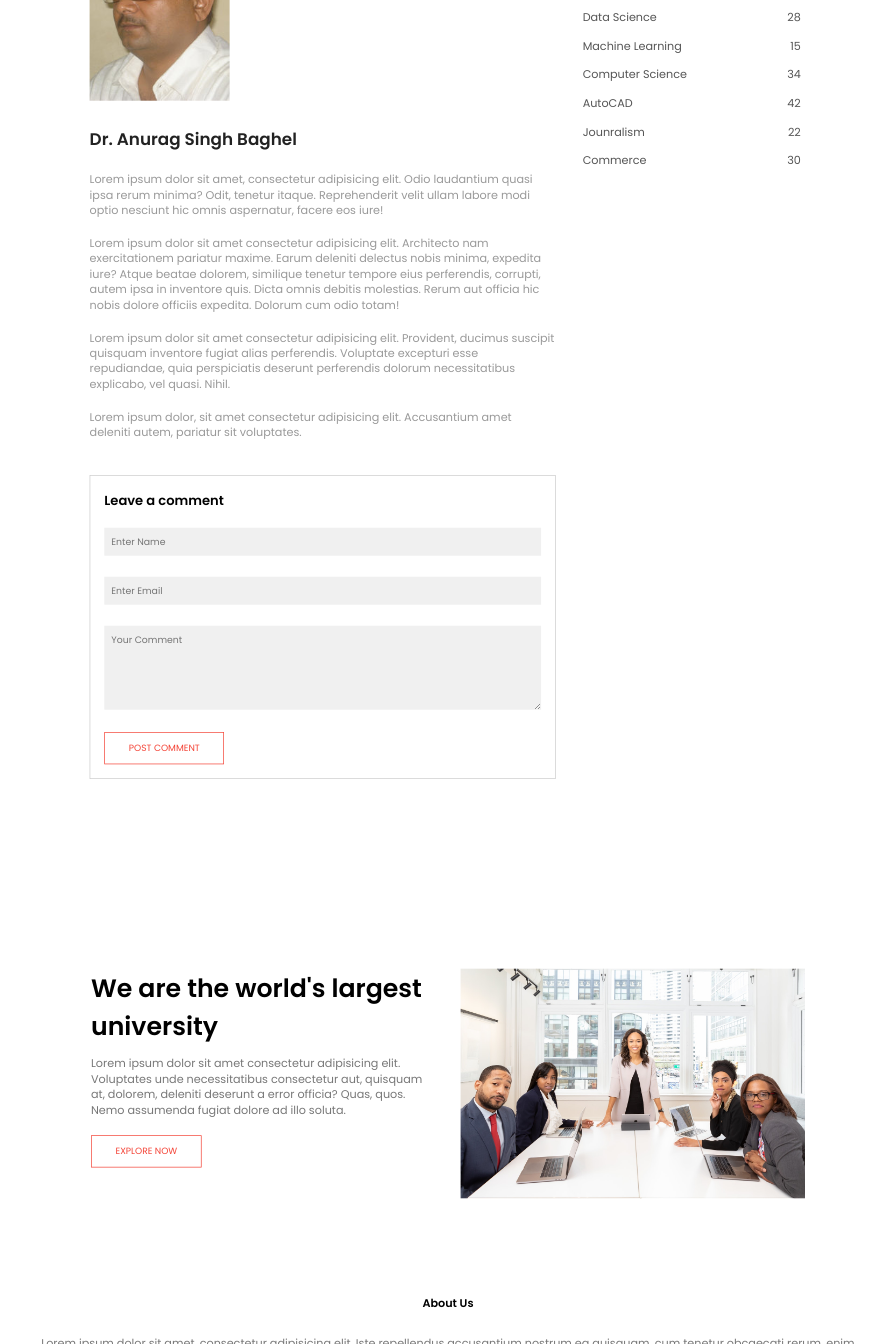
Repository: xoshiraghavx/Gbu-faculty
Page: 6th trail.html
An editor plug-in stored every save of this project. The page is shown before and after the next save, followed by the edit.
The browser window is 1280 px wide. The pictures show the part of the page from y = 577 to 2497 px (the page is 2664 px tall before and 2686 px after), at 70% of full size.

Above is the page before, as saved 2023-08-12 02:01:47.

### 6th trail.html
<!DOCTYPE html>
<html lang="en">
<head>
    <meta charset="UTF-8">
    <meta http-equiv="X-UA-Compatible" content="IE=edge">
    <meta name="viewport" content="width=device-width, initial-scale=1.0">
    <title>kya hoga mera</title>
    <link rel="stylesheet" href="../css/6th trial.css">
    <link rel="preconnect" href="https://fonts.googleapis.com">
<link rel="preconnect" href="https://fonts.gstatic.com" crossorigin>
<link href="https://fonts.googleapis.com/css2?family=Poppins:wght@100;200;300;400;600;700&family=Righteous&display=swap" rel="stylesheet">
<link rel="stylesheet" href="https://stackpath.bootstrapcdn.com/font-awesome/4.7.0/css/font-awesome.min.css">
</head>
<body>
    <section class="sub-header">
        <nav>
            <a href="6th trail.html"><img src="../img/download.jpg" alt=""></a>
            <div class="nav-links" id="navLinks">
                <i class="fa fa-times" onclick="hideMenu()"></i>
                <ul>
                    <li><a href="6th trail.html">HOME</a></li>
                </ul>
            </div>
            <i class="fa fa-bars" onclick="showMenu()"></i>
        </nav>
        <h1>Our College Faculty</h1>
    </section>

    <!-- --------Blong content---------- -->
    <section class="blog-content">
        <div class="row">
            <div class="blog-left">
                <img src="../img/asb.jpg" alt="">
                <h2>Dr. Anurag Singh Baghel</h2>
                <p>Lorem ipsum dolor sit amet, consectetur adipisicing elit. Odio laudantium quasi ipsa rerum minima? Odit, tenetur itaque. Reprehenderit velit ullam labore modi optio nesciunt hic omnis aspernatur, facere eos iure!</p>
                <br>
                <p>Lorem ipsum dolor sit amet consectetur adipisicing elit. Architecto nam exercitationem pariatur maxime. Earum deleniti delectus nobis minima, expedita iure? Atque beatae dolorem, similique tenetur tempore eius perferendis, corrupti, autem ipsa in inventore quis. Dicta omnis debitis molestias. Rerum aut officia hic nobis dolore officiis expedita. Dolorum cum odio totam!</p>
                <br>
                <p>Lorem ipsum dolor sit amet consectetur adipisicing elit. Provident, ducimus suscipit quisquam inventore fugiat alias perferendis. Voluptate excepturi esse repudiandae, quia perspiciatis deserunt perferendis dolorum necessitatibus explicabo, vel quasi. Nihil.</p>
                <br>
                <p>Lorem ipsum dolor, sit amet consectetur adipisicing elit. Accusantium amet deleniti autem, pariatur sit voluptates.</p>
                <div class="comment-box">
                    <h3>Leave a comment</h3>
                    <form class="comment-form">
                        <input type="text" placeholder="Enter Name">
                        <input type="email" placeholder="Enter Email">
                        <textarea rows="5" placeholder="Your Comment"></textarea>
                        <button type="submit" class="hero-btn red-btn">POST COMMENT</button>
                    </form>
                </div>
            </div>
            <div class="blog-right">
                <h3>Post Categories</h3>
                <div>
                    <span>Business Analytics</span>
                    <span>21</span>
                </div>
                <div>
                  <span>Data Science</span>
                  <span>28</span>
                </div>
                <div>
                  <span>Machine Learning</span>
                  <span>15</span>
                </div>
                <div>
                  <span>Computer Science</span>
                  <span>34</span>
                </div>
                <div>
                  <span> AutoCAD</span>
                  <span>42</span>
                </div>
                <div>
                  <span> Jounralism</span>
                  <span>22</span>
                </div>
                <div>
                  <span>Commerce</span>
                  <span>30</span>
                </div>
             </div>
        </div>
    </section>

    <!-- -------about us content---------->
    <section class="about-us">
        <div class="row">
            <div class="about-col">
                <h1>We are the world's largest university</h1>
                <p>Lorem ipsum dolor sit amet consectetur adipisicing elit. Voluptates unde necessitatibus consectetur aut, quisquam at, dolorem, deleniti deserunt a error officia? Quas, quos. Nemo assumenda fugiat dolore ad illo soluta.</p>
                <a href="" class="hero-btn red-btn">EXPLORE NOW</a>
            </div>
            <div class="about-col">
                <img src="../img/aboutuniversity.jpg" alt="">
            </div>
        </div>



    </section>

<!-- --------footer--------- -->
<section class="footer">
    <h4>About Us</h4>
    <p>Lorem ipsum dolor sit amet, consectetur adipisicing elit. Iste repellendus accusantium nostrum ea quisquam, cum tenetur obcaecati rerum, enim <br> neque minima soluta. Sunt explicabo praesentium aperiam voluptas inventore, in laborum.</p>
    <div class="icons">
        <i class="fa fa-facebook" aria-hidden="true"></i>
        <i class="fa fa-twitter" aria-hidden="true"></i>
        <i class="fa fa-instagram" aria-hidden="true"></i>
        <i class="fa fa-youtube" aria-hidden="true"></i>
    </div>
    <p>Made with <i class="fa fa-heart" aria-hidden="true"></i> by oshi Raghav</p>






</section>





<!-- ---------------javascript for toggle menu ----------------->
    <script>
        var navLinks = document.getElementById("navLinks");
        function showMenu(){
            navLinks.style.right = "0";
        }

        function hideMenu(){
            navLinks.style.right = "-200px";
        }

    </script>
</body>
</html>

### css/6th trial.css
*{
    margin: 0;
    padding: 0;
    font-family: 'poppins', sans-serif;
}
.header{
    min-height: 100vh;
    width: 100%;
    background: linear-gradient(rgba(4,9,30,0.7),rgba(4,9,30,0.7)),url(../img/university.png);
background-repeat: no-repeat;
    background-position: bottom;
    background-size: cover;
    position: relative;
}
nav{
    display: flex;
    padding: 2% 6%;
    justify-content: space-between;
    align-items: center;
}
nav img{
    width: 200px;
}
.nav-links{
    flex: 1;
    text-align: right;
}
.nav-links ul li{
    list-style: none;
    display: inline-block;
    padding: 8px 12px;
    position: relative;
}
.nav-links ul li a{
    color: #fff;
    text-decoration: none;
    font-size: 13px;
}
.nav-links ul li::after{
    content: '';
    width: 0%;
    height: 2px;
    background: #f44336;
    display: block;
    margin: auto;
    transition: 0.5s;
}
.nav-links ul li:hover::after{
    width: 100%;
}
.text-box{
    width: 90%;
    color: #fff;
    position: absolute;
    top: 50%;
    left: 50%;
    transform: translate(-50%,-50%);
    text-align: center;
}
.text-box h1{
    font-size: 62px;
}
.text-box p{
    margin: 10px 0 40px;
    font-size: 14px;
    color: #fff;
}
.hero-btn{
    display: inline-block;
    text-decoration: none;
    color: #fff;
    border: 1px solid #fff;
    padding: 12px 34px;
    font-size: 13px;
    background: transparent;
    position: relative;
    cursor: pointer;
}
.hero-btn{
    display: inline-block;
    text-decoration: none;
    color: #fff;
    border: 1px solid #fff;
    padding: 12px 34px;
    font-size: 13px;
    background: transparent;
    position: relative;
    cursor: pointer;
}
.hero-btn:hover{
    border: 1px solid #f44336;
    background: #f44336;
    transition: 1s;
}
nav .fa{
    display: none;
}
@media(max-width: 700px){
    .text-box h1{
        font-size: 20px;
    }
    .nav-links ul li{
        display: block;
    }
    .nav-links{
        position: fixed;
        background: #f44336;
        height: 100vh;
        width: 200px;
        top: 0;
        right: -200px;
        text-align: left;
        z-index: 2;
        transition: 1s;
    }
    nav .fa{
        display: block;
        color: #fff;
        margin: 10px;
        font-size: 22px;
        cursor: pointer;
    }
    .nav-links ul{
        padding: 30px;
    }
}
/* -------- course----- */
.course{
    width: 80%;
    margin: auto;
    text-align: center;
    padding-top: 80px;
}
h1{
    font-size: 36px;
    font-weight: 600;
}
p{
    color: #777;
    font-size: 300;
    line-height: 22px;
    padding: 10px;
}
.row{
    margin-top: 5%;
    display: flex;
    justify-content: space-between;
}
.course-col{
    flex-basis: 31%;
    background: #fff3f3;
    border-radius: 10px;
    margin-bottom: 5%;
    padding: 20px 12px;
    box-sizing: border-box;
    transition: 0.5s;
}
h3{
    text-align: center;
    font-weight: 600;
    margin: 10px 0px;
}
.course-col:hover{
    box-shadow: rgba(241, 128, 128, 0.25) 0px 54px 55px, rgba(233, 177, 177, 0.12) 0px -12px 30px, rgba(238, 209, 209, 0.12) 0px 4px 6px, rgba(230, 100, 100, 0.17) 0px 12px 13px, rgba(250, 27, 27, 0.09) 0px -3px 5px;
}
@media(max-width: 700px){
    .row{
        flex-direction: column;
    }

}
/* -------- campus------ */
.campus{
    width: 80%;
    margin: auto;
    text-align: center;
    padding-top: 50px;
}
.campus-col{
    flex-basis: 32%;
    border-radius: 10px;
    margin-bottom: 30px;
    position: relative;
    overflow: hidden;
}
.campus-col img{
    width: 100%;
    display: block;
}
.layer{
    background: transparent;
    height: 100%;
    width: 100%;
    position: absolute;
    top: 0;
    left: 0;
    transition: 0.5s;
}
.layer:hover{
    background: rgb(226, 0, 0,0.7);
}
.layer h3{
    width: 100%;
    font-weight: 500;
    color: #fff;
    font-size: 26px;
    bottom: 0;
    left: 50%;
    transform: translateX(-50%);
    position: absolute;
    opacity: 0;
    transition: 0.5s;
}
.layer:hover h3{
    bottom: 49%;
    opacity: 1;
}
/* ---------facilities-------- */
.facilities{
    width: 80%;
    margin: auto;
    text-align: center;
    padding-top: 50px;
}
.facilities-col{
    flex-basis: 31%;
    border-radius: 10px;
    text-align: left;
    margin-bottom: 5%;
}
.facilities-col img{
    width: 100%;
    border-radius: 10px;
}
.facilities-col p{
    padding: 0;
}
.facilities-col h3{
    margin-top: 16px;
    margin-bottom: 15px;
    text-align: left;
}
/* ------- testimonials------- */
.testimonials{
    width: 80%;
    padding-top: 50px;
    text-align: center;
    margin: auto;
}
.testimonial-col{
    flex-basis: 40%;
    border-radius: 10px;
    margin-bottom: 5%;
    text-align: left;
    background: #fff3f3;
    padding: 25px;
    cursor: pointer;

}
.testimonial-col img{
    height: 40px;
    margin-left: 5px;
    margin-right: 30px;
    border-radius: 50%;
}
.testimonial-col p{
    padding: 0;
}
.testimonial-col h3{
    margin-top: 15px;
    text-align: left;
}
.testimonial-col .fa{
    color: #f44336;
}
@media(max-width: 700px){
    .testimonial-col img{
        margin-left: 0px;
        margin-right: 15px;
    }
}

/* -------call to action------- */
.cta{
    margin: 100px auto;
    width: 80%;
    background: linear-gradient(rgba(0,0,0,0.7), rgba(0,0,0,0.7)),url(../img/banner2.jpg);
    background-position: center;
    background-size: cover;
    border-radius: 10px;
    text-align: center;
    padding: 100px 0;
}
.cta h1{
    color: #fff ;
    margin-bottom: 40px;
    padding: 0;
}

@media(max-width: 700px){
    .cta h1{
        font-size: 24px;
    }
}

/* ---------footer----------- */
.footer{
    width: 100%;
    text-align: center;
    padding: 30px 0;
}
.footer h4{
    margin-bottom: 25px;
    margin-top: 20px;
    font-weight: 600;
}
.icons .fa{
    color: #f44336;
    margin: 0 13px;
    cursor: pointer;
    padding: 18px 0;
}
.fa-heart-o{
    color: #f44336;
}

/* -------about us page------- */
.sub-header{
    height: 50vh;
    width: 100%;
    background-image: linear-gradient(rgba(4,9,30,0.7),rgba(4,9,30,0.7)),url(../img/scholors.jpg);
    background-position: center;
    background-size: cover;
    text-align: center;
    color: #fff;
}
.sub-header h1{
    margin-top: 100px;
}
.about-us{
    width: 80%;
    margin: auto;
    padding-top: 80px;
    padding-bottom: 50px;
}
.about-col{
    flex-basis: 48%;
    padding: 30px 2px;
}
.about-col img{
    width: 100%;
}
.about-col h1{
    padding-top: 0;
}
.about-col p{
    padding: 15px 0 25px;
}
.red-btn{
    border: 1px solid #f44336;
    background: transparent;
    color: #f44336;
}
.red-btn:hover{
    color: #fff;
}

/* -------blog-content---------- */
.blog-content{
    width: 80%;
    margin: auto;
    padding: 60px 0;
}
.blog-left{
    flex-basis: 65%;
}
.blog-left img{
    width: 30%;
}
.blog-left h2{
    color: #222;
    font-weight: 600;
    margin: 30px 0;
}
.blog-left p{
    color: #999;
    padding: 0;
}
.blog-right{
    flex-basis: 32%;
}
.blog-right h3{
    background: #f44336;
    color: #fff;
    padding: 7px 0;
    font-size: 16px;
    margin-bottom: 20px;
}
.blog-right div{
    display: flex;
    align-items: center;
    justify-content: space-between;
    color: #555 ;
    padding: 8px;
    box-sizing: border-box;
}
.comment-box{
    border: 1px solid #ccc;
    margin: 50px 0;
    padding: 10px 20px;
}
.comment-box h3{
    text-align: left;
}
.comment-form input, .comment-form textarea{
    width: 100%;
    padding: 10px;
    margin: 15px 0;
    box-sizing: border-box;
    border: none;
    outline: none;
    color: #222;
    background: #f0f0f0;
}
.comment-form button{
    margin: 10px 0;
}
@media(max-width:700px){
    .sub-header h1{
        font-size: 24px;
    }
}
/* ----contact us----- */
.location{
    width: 80%;
    margin: auto;
    padding: 80px 0;
}
.location iframe{
    width: 100%;

}
.contact-us{
    width: 80%;
    margin: auto;
}
.contact-col{
    flex-basis: 48%;
    margin-bottom: 30px;
}
.contact-col div{
    display: flex;
    align-items: center;
    margin-bottom: 40px;
}
.contact-col div .fa{
    font-size: 28px;
    color: #f44336;
    margin: 10px;
    margin-right: 30px;
}
.contact-col div p{
    padding: 0;
}
.contact-col div h5{
    font-size: 20px;
    margin-bottom: 5px;
    color: #555;
    font-weight: 400;
}
.contact-col input, .contact-col textarea{
    width: 100%;
    padding: 15px;
    margin-bottom: 17px;
    outline: none;
    border: 1px solid #ccc;
    box-sizing:border-box ;
}

After the next save:
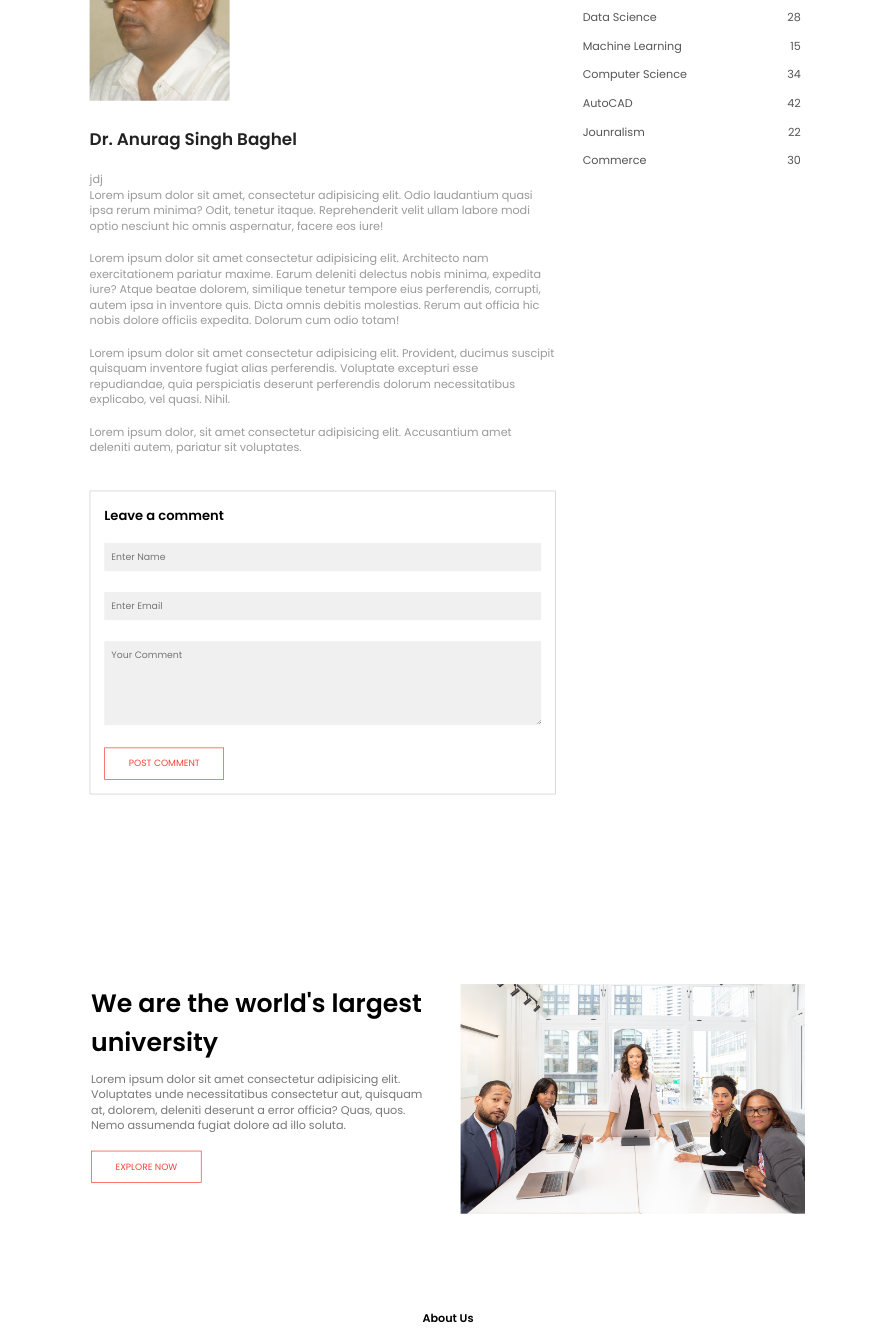
Saved 14 s later.
--- a/6th trail.html
+++ b/6th trail.html
@@ -32,6 +32,7 @@
             <div class="blog-left">
                 <img src="../img/asb.jpg" alt="">
                 <h2>Dr. Anurag Singh Baghel</h2>
+                <p>jdj</p>
                 <p>Lorem ipsum dolor sit amet, consectetur adipisicing elit. Odio laudantium quasi ipsa rerum minima? Odit, tenetur itaque. Reprehenderit velit ullam labore modi optio nesciunt hic omnis aspernatur, facere eos iure!</p>
                 <br>
                 <p>Lorem ipsum dolor sit amet consectetur adipisicing elit. Architecto nam exercitationem pariatur maxime. Earum deleniti delectus nobis minima, expedita iure? Atque beatae dolorem, similique tenetur tempore eius perferendis, corrupti, autem ipsa in inventore quis. Dicta omnis debitis molestias. Rerum aut officia hic nobis dolore officiis expedita. Dolorum cum odio totam!</p>

After the save that followed:
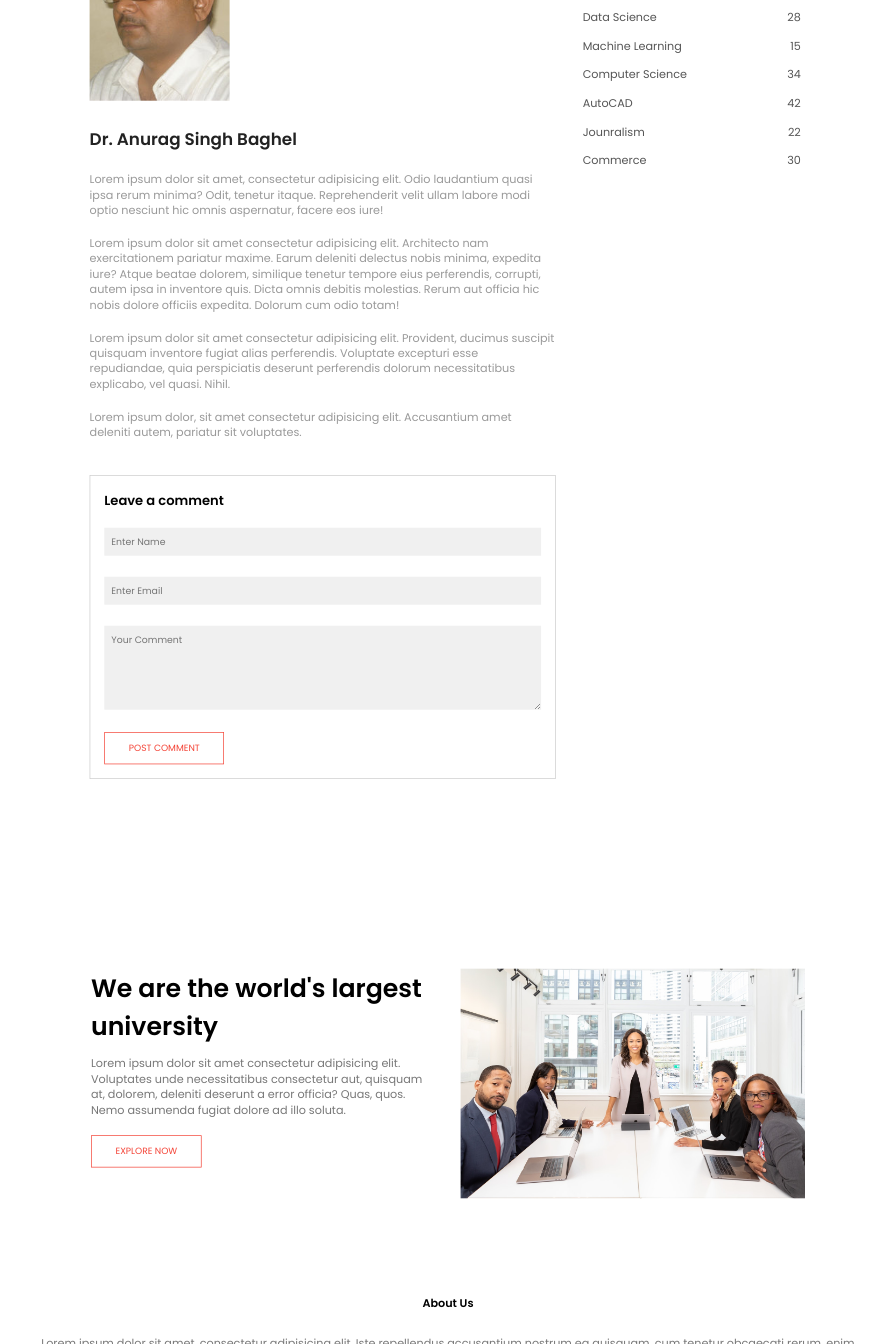
Saved 12 s later.
--- a/6th trail.html
+++ b/6th trail.html
@@ -32,7 +32,7 @@
             <div class="blog-left">
                 <img src="../img/asb.jpg" alt="">
                 <h2>Dr. Anurag Singh Baghel</h2>
-                <p>jdj</p>
+
                 <p>Lorem ipsum dolor sit amet, consectetur adipisicing elit. Odio laudantium quasi ipsa rerum minima? Odit, tenetur itaque. Reprehenderit velit ullam labore modi optio nesciunt hic omnis aspernatur, facere eos iure!</p>
                 <br>
                 <p>Lorem ipsum dolor sit amet consectetur adipisicing elit. Architecto nam exercitationem pariatur maxime. Earum deleniti delectus nobis minima, expedita iure? Atque beatae dolorem, similique tenetur tempore eius perferendis, corrupti, autem ipsa in inventore quis. Dicta omnis debitis molestias. Rerum aut officia hic nobis dolore officiis expedita. Dolorum cum odio totam!</p>
